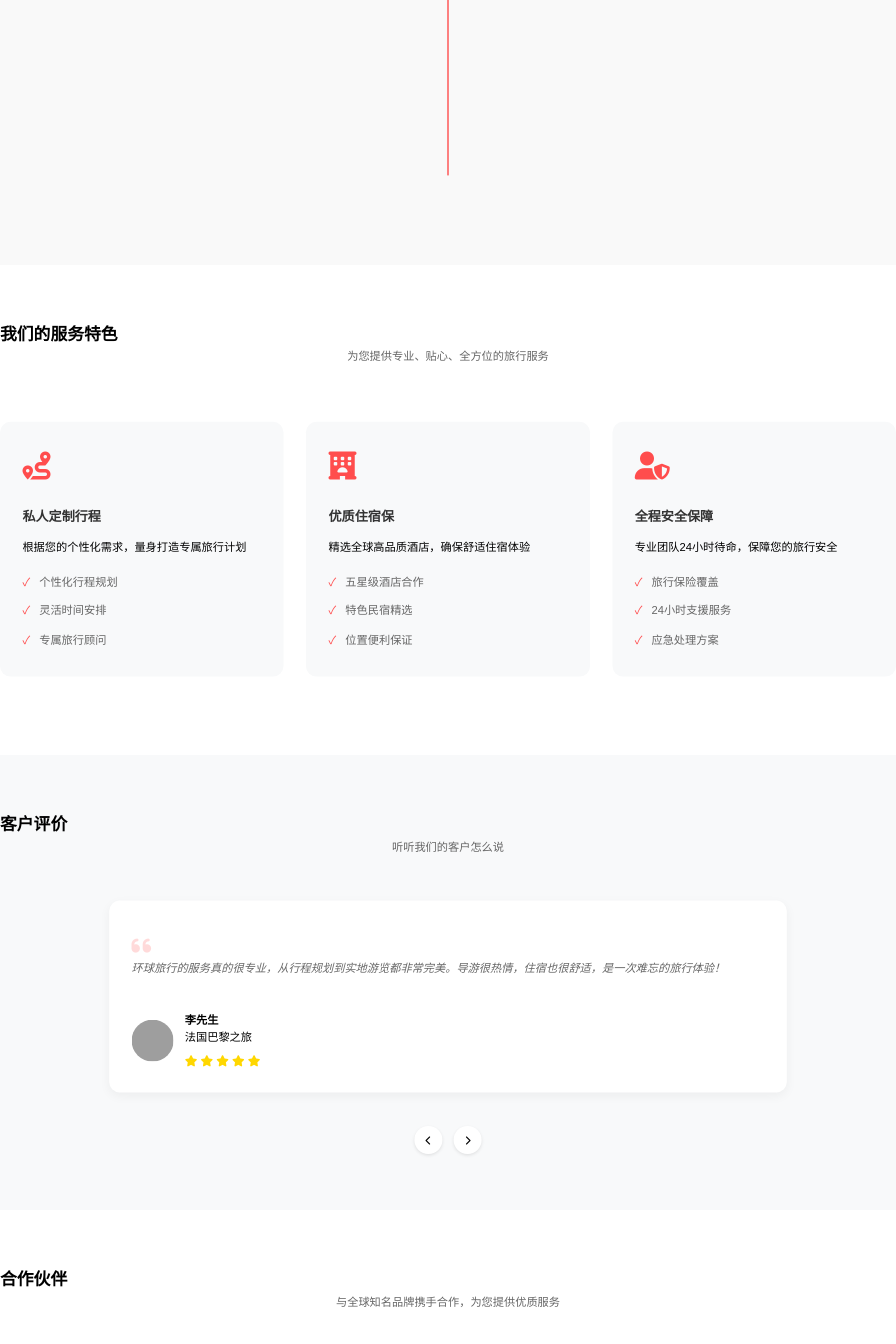
Repository: huang-heavenly-Emperor/travel_1
Page: pages/about.html
These files come from the project's save history. The page is drawn as it stood at one moment and after the next save; the edit follows.
The browser window is 1280 px wide. The pictures show the part of the page from y = 3182 to 5102 px (the page is 7478 px tall before and 8709 px after), at 70% of full size.
Pictures or frames that could not be fetched are drawn as grey boxes.

Above is the page before, as saved 2024-11-18 03:08:54.

After the next save:
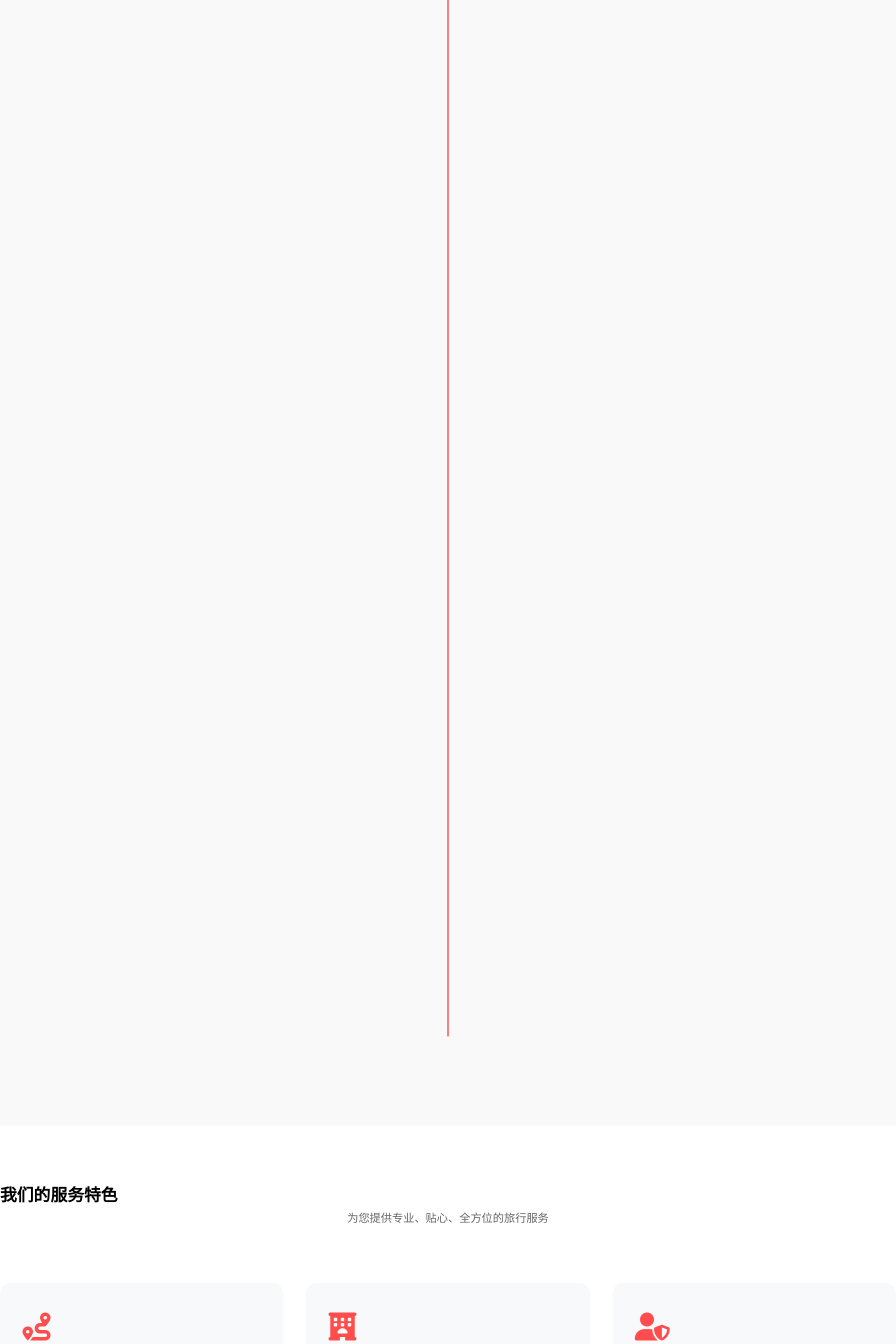
Saved 94 s later.
--- a/pages/about.html
+++ b/pages/about.html
@@ -180,6 +180,13 @@
                     <div class="content">
                         <h3>公司成立</h3>
                         <p>环球旅行正式成立，开始提供旅游服务</p>
+                        <img
+                            src="https://placehold.co/400x300/gray/white?text=2010"
+                            alt="公司成立"
+                            loading="lazy"
+                            width="400"
+                            height="300"
+                        >
                     </div>
                 </div>
                 <div class="timeline-item">
@@ -187,6 +194,13 @@
                     <div class="content">
                         <h3>业务扩展</h3>
                         <p>拓展至20个国家，成为行业领先品牌</p>
+                        <img
+                            src="https://placehold.co/400x300/gray/white?text=2015"
+                            alt="业务扩展"
+                            loading="lazy"
+                            width="400"
+                            height="300"
+                        >
                     </div>
                 </div>
                 <div class="timeline-item">
@@ -194,6 +208,13 @@
                     <div class="content">
                         <h3>技术创新</h3>
                         <p>推出在线预订平台，提供全方位数字化服务</p>
+                        <img
+                            src="https://placehold.co/400x300/gray/white?text=2018"
+                            alt="技术创新"
+                            loading="lazy"
+                            width="400"
+                            height="300"
+                        >
                     </div>
                 </div>
                 <div class="timeline-item">
@@ -201,6 +222,13 @@
                     <div class="content">
                         <h3>全球布局</h3>
                         <p>服务范围扩展至50+国家，年服务客户突破10万</p>
+                        <img
+                            src="https://placehold.co/400x300/gray/white?text=2023"
+                            alt="全球布局"
+                            loading="lazy"
+                            width="400"
+                            height="300"
+                        >
                     </div>
                 </div>
             </div>
@@ -376,7 +404,7 @@
                 <div class="partner-card">
                     <img src="https://via.placeholder.com/200x100?text=Attraction+2" alt="景点2">
                     <div class="partner-info">
-                        <h4>主题乐园集团</h4>
+                        <h4>主题��园集团</h4>
                         <p>娱乐项目合作</p>
                     </div>
                 </div>
